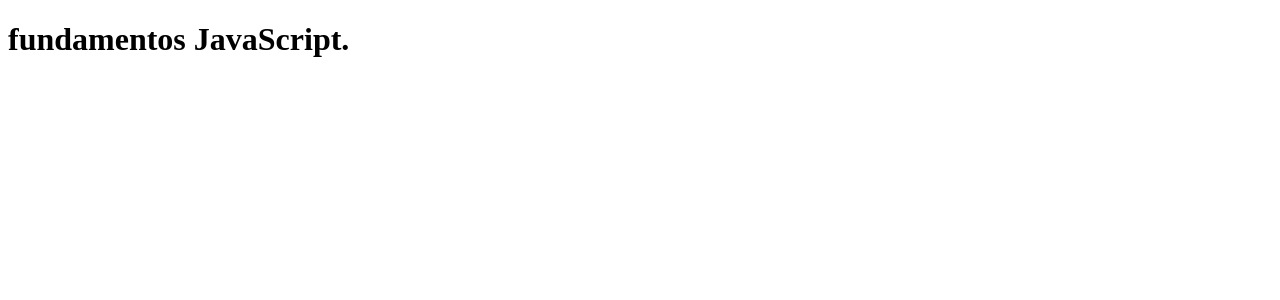
Repository: Edwinjuarez/fundamentos-javaScript
Page: index.html
The author's editor kept a copy of each file at every save. The page is drawn from the files as they stood at one save, then again after the next save.
The browser window is 1280 px wide. The pictures show the whole page.

Above is the page before, as saved 2023-09-19 06:51:06.

After the next save:
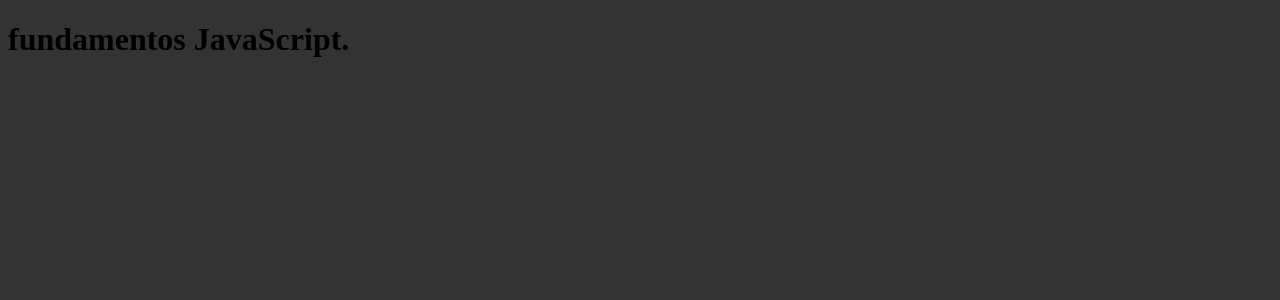
Saved 19 s later.
--- a/index.html
+++ b/index.html
@@ -3,6 +3,7 @@
 <head>
     <meta charset="UTF-8">
     <meta name="viewport" content="width=device-width, initial-scale=1.0">
+    <link rel="stylesheet" href="/assets/css/css.css">
     <script src="/assets/javaScript/fundamentos.js"></script>
     <title>Fundametos-javaScript</title>
 </head>
